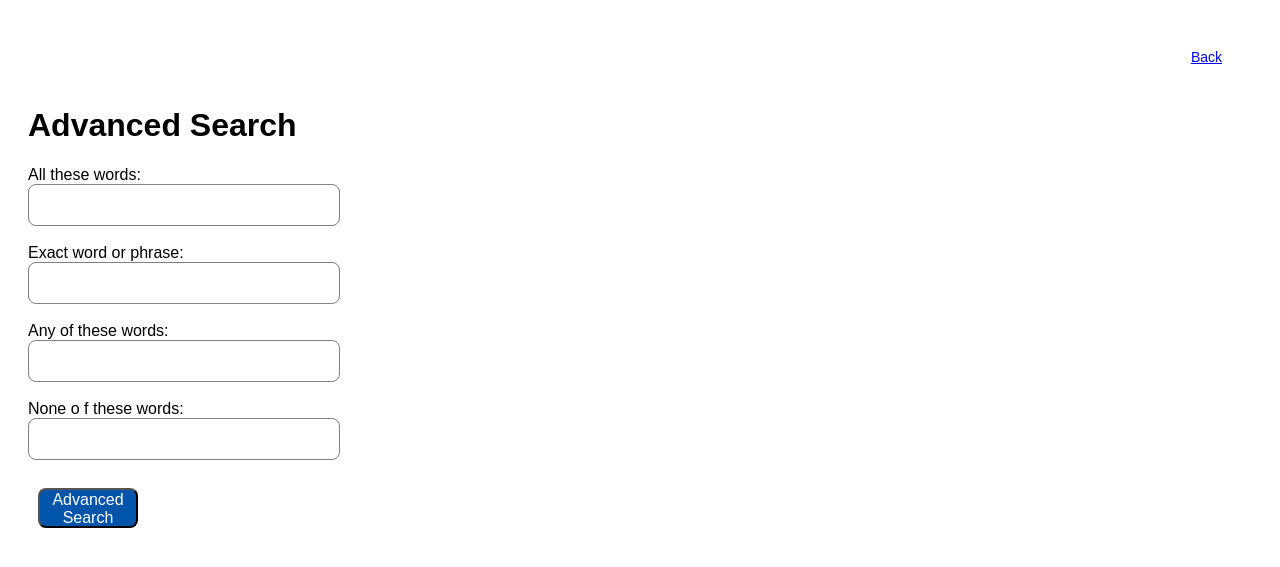
Repository: lyutok/cs50-search-project
Page: advanced.html
The author's editor kept a copy of each file at every save. The page is drawn from the files as they stood at one save, then again after the next save.
The browser window is 1280 px wide. The pictures show the whole page.
The style sheet was rebuilt from its Sass, Less or Tailwind sources for each picture, by a compiler version that may differ from the author's.

Above is the page before, as saved 2025-07-08 22:19:01.

### advanced.html
<!DOCTYPE html>
<html lang="en">
<head>
    <meta name="viewport" content="width=device-width, initial-scale=1.0" charset="UTF-8">
    <title>Advanced Search</title>
    <link rel="stylesheet" href="styles.css">
    </head>
<body id="advanced_page">
    <div>
        <a href="google.html">Back</a>
    </div>
    <h1>Advanced Search</h1>
    <form action="https://www.google.com/search" style="display: flex; flex-direction: column; align-items: flex-start;">
        <label for="all-words">All these words:</label>
        <input type="text" id="all-words" name="as_q">
        <br>
        <label for="exact-word">Exact word or phrase:</label>
        <input type="text" id="exact-word" name="as_q">
        <br>
        <label for="any-word">Any of these words:</label>
        <input type="text" id="any-word" name="as_oq">
        <br>
        <label for="none-words">None o f these words:</label>
        <input type="text" id="none-words" name="as_eq">
        <br>
        <button id="advanced" type="submit">Advanced Search</button>
    </form>
</body>
</html>

### styles.scss
$color: rgb(48, 177, 106);

a {
    font-size: 14px;
    padding: 10px;
}

body {
    font-family: Arial, sans-serif;
    padding: 20px;
    text-align: center;

    div {
        text-align: right;
        padding: 20px;
    }
}

input {
    width: 300px;
    height: 30px;
    border-radius: 8px;
    border: 1px solid grey;
    padding: 5px;
    font-size: 16px;
}

button {
    margin: 10px;
    border-radius: 8px;
    background-color: rgb(45, 128, 0);
    font-size: 16px;
    color: white;
    height: 40px;
    width: 100px;
}

#advanced {
  background-color: rgb(0, 85, 170);
}

button:hover {
                background-color: rgb(192, 196, 186);
            }

#advanced_page {
    text-align: left;
}

After the next save:
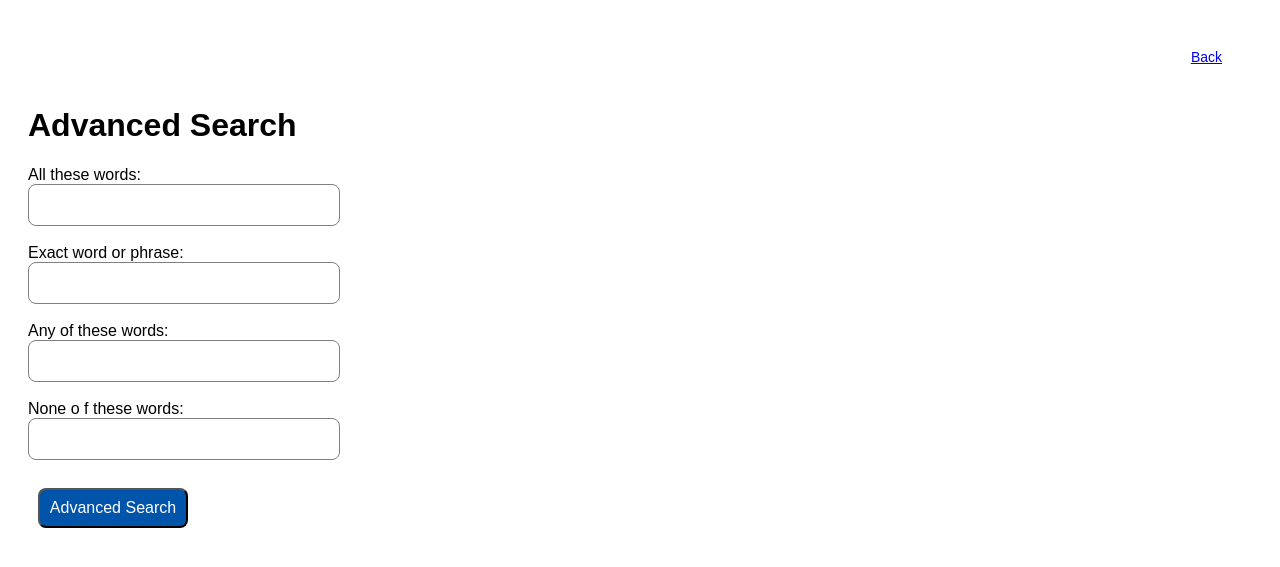
Saved 71 s later.
--- a/styles.scss
+++ b/styles.scss
@@ -37,6 +37,7 @@ button {
 
 #advanced {
   background-color: rgb(0, 85, 170);
+  width: 150px;
 }
 
 button:hover {
